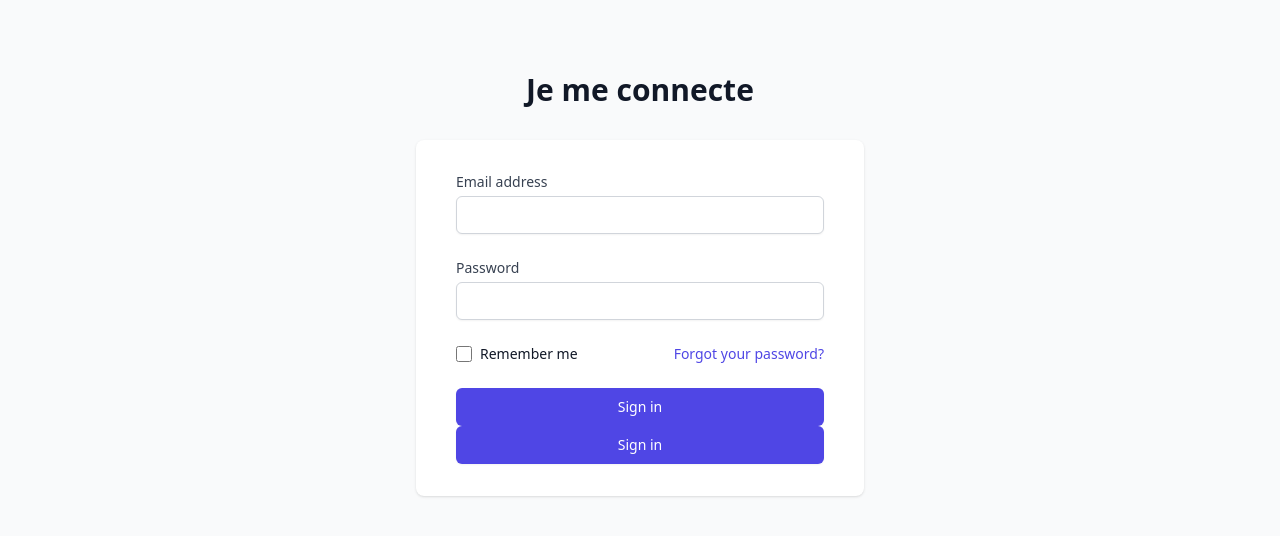
Repository: Dydja/dashAlladjai
Page: /
The author's editor kept a copy of each file at every save. The page is drawn from the files as they stood at one save, then again after the next save.
The browser window is 1280 px wide. The pictures show the whole page.
The project was rebuilt for these pictures with package versions that can differ from the ones it lists, and the page was loaded fresh each time. Also part of the build but not shown: vite.config.js.

Above is the page before, as saved 2024-01-28 21:46:03.

After the next save:
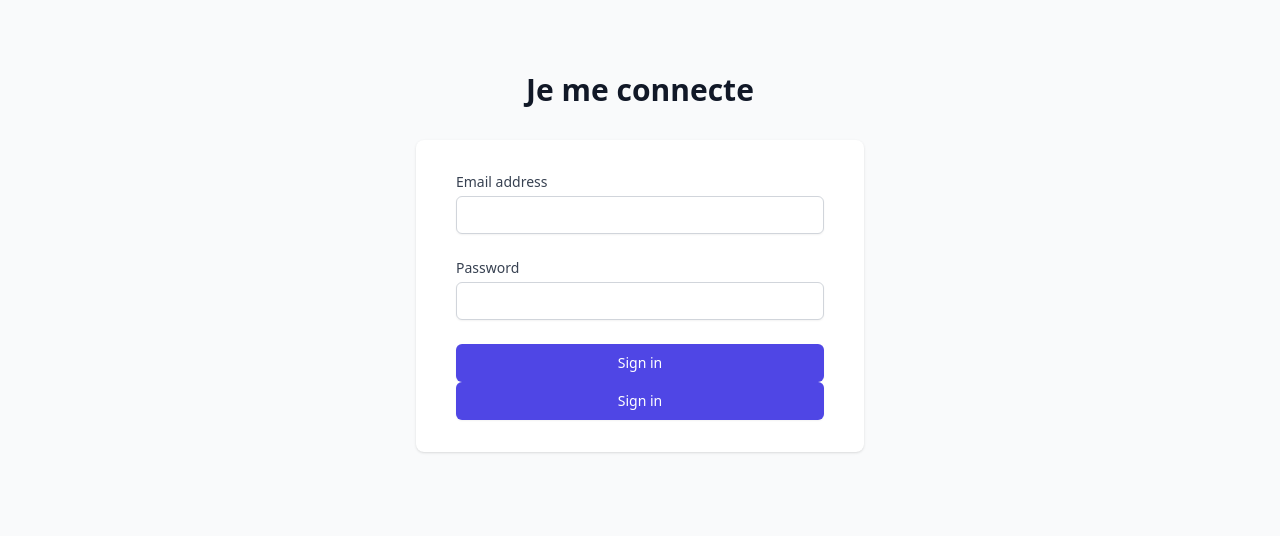
Saved 75 s later.
--- a/src/views/auth/LoginView.vue
+++ b/src/views/auth/LoginView.vue
@@ -19,7 +19,7 @@
                         </div>
                     </div>
 
-                    <div class="flex items-center justify-between">
+                    <!-- <div class="flex items-center justify-between">
                         <div class="flex items-center">
                             <input id="remember-me" name="remember-me" type="checkbox"
                                 class="h-4 w-4 text-indigo-600 focus:ring-indigo-500 border-gray-300 rounded" />
@@ -30,7 +30,7 @@
                             <a href="#" class="font-medium text-indigo-600 hover:text-indigo-500"> Forgot your password?
                             </a>
                         </div>
-                    </div>
+                    </div> -->
 
                     <div>
                         <button type="submit"
